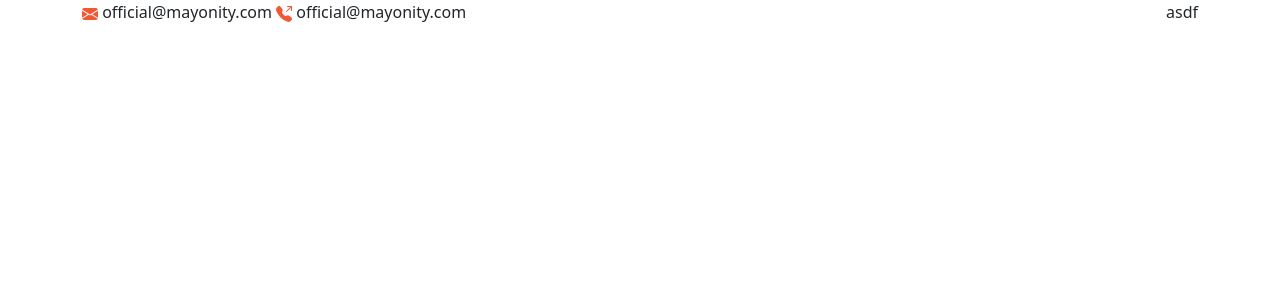
Repository: rizwan-zafar/wings
Page: /
These files come from the project's save history. The page is drawn as it stood at one moment and after the next save; the edit follows.
The browser window is 1280 px wide. The pictures show the whole page.
The project was rebuilt for these pictures with package versions that can differ from the ones it lists, and the page was loaded fresh each time.

Above is the page before, as saved 2022-11-25 22:39:50.

After the next save:
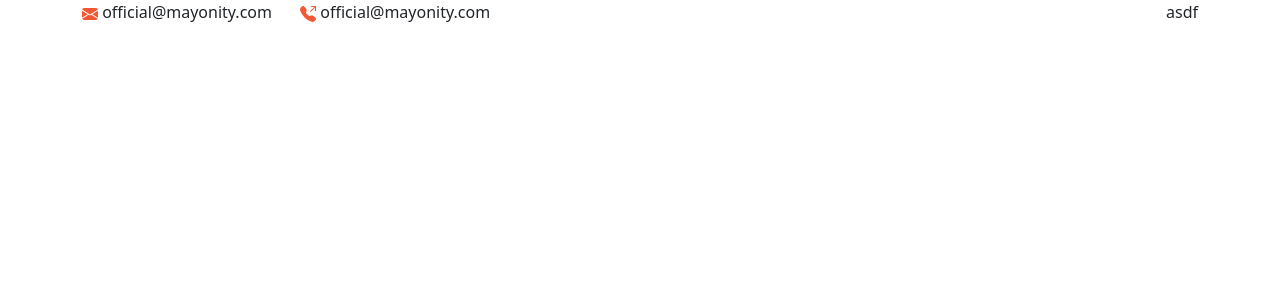
Saved 7 s later.
--- a/src/Components/Topnavbar.js
+++ b/src/Components/Topnavbar.js
@@ -5,7 +5,7 @@
         <div className="top-bar container d-flex justify-content-between">
            <div>
            <span> <EnvelopeFill className="icons"/> official@mayonity.com</span>
-           <span className="set-padding ml-3"> <TelephoneOutboundFill className="icons ml-3"/> official@mayonity.com</span>
+           <span className="set-padding p-4"> <TelephoneOutboundFill className="icons ml-3"/> official@mayonity.com</span>
            </div>
            <div>
                asdf
